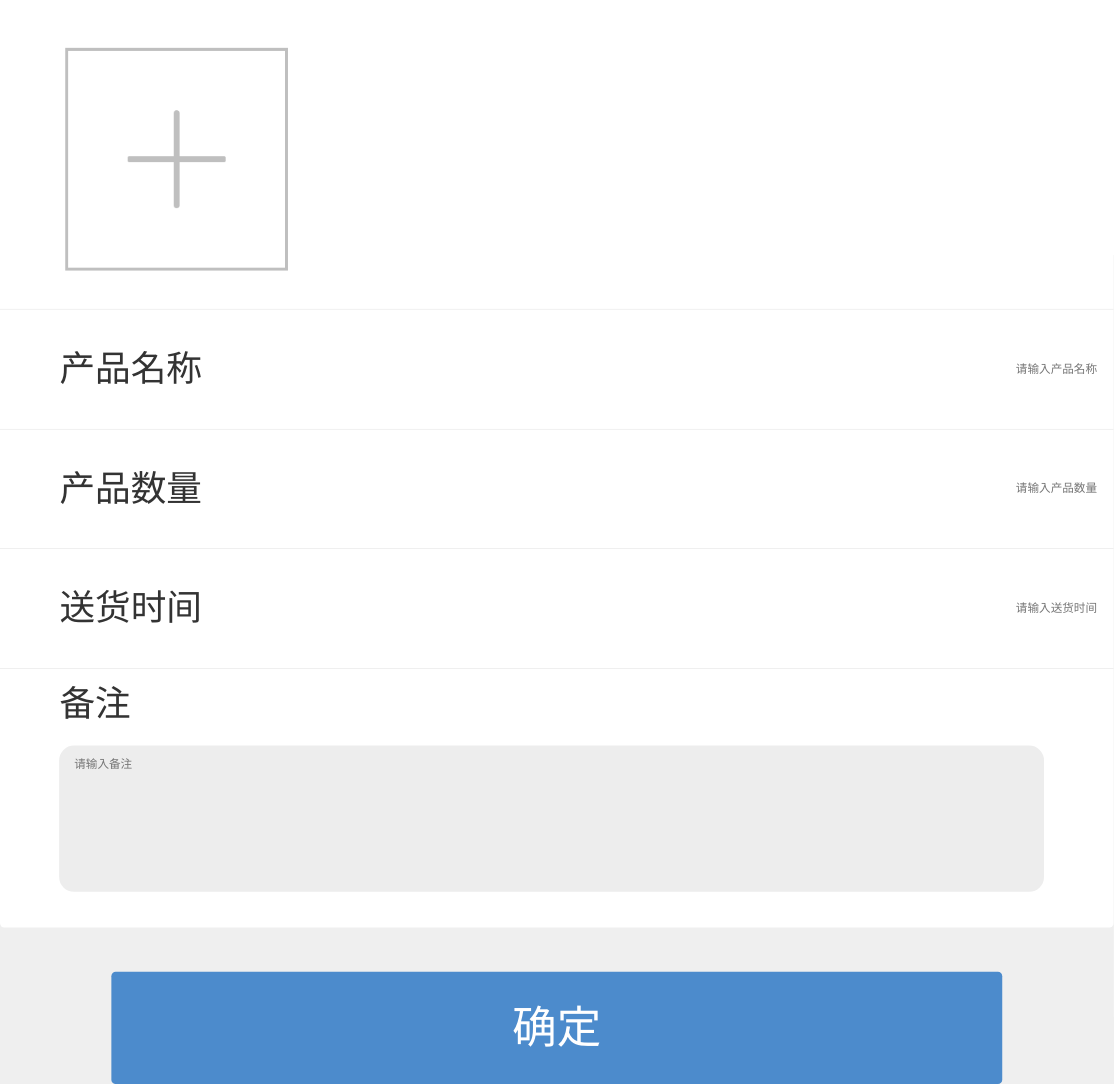
Repository: missing-star/produce
Page: Cbuyer.html
These files come from the project's save history. The page is drawn as it stood at one moment and after the next save; the edit follows.
The browser window is 1280 px wide. The pictures show the whole page, at 87% of full size.

Above is the page before, as saved 2019-05-20 15:18:28.

After the next save:
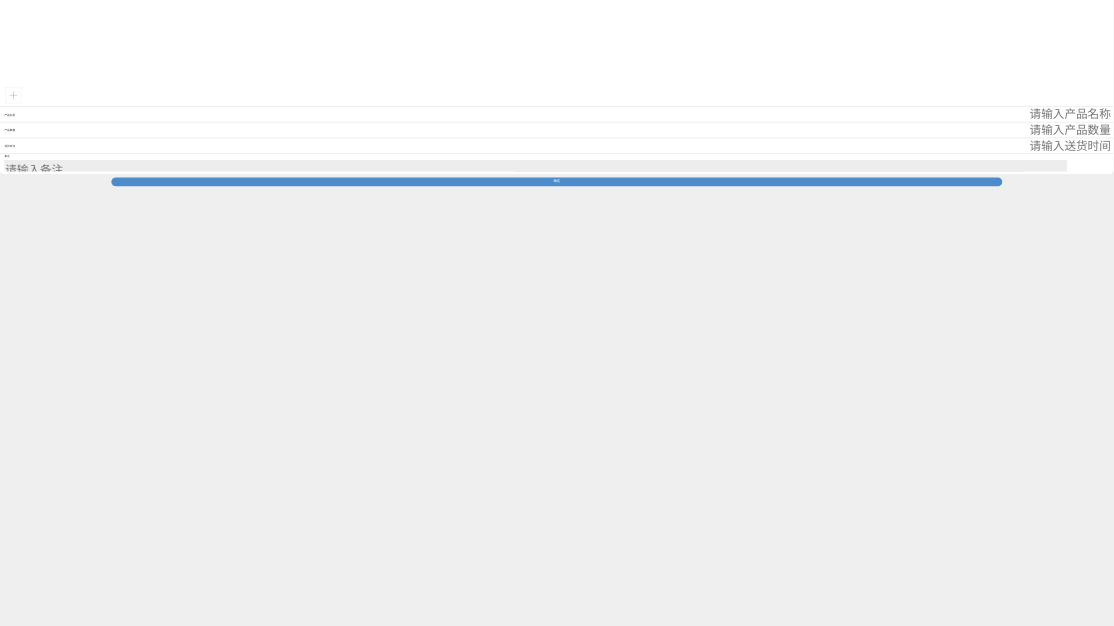
Saved 20 s later.
--- a/Cbuyer.html
+++ b/Cbuyer.html
@@ -6,6 +6,7 @@
     <meta content="width=device-width, initial-scale=1.0, maximum-scale=1.0, user-scalable=0;" name="viewport" />
     <meta http-equiv="X-UA-Compatible" content="ie=edge">
     <title>采购订单</title>
+    <link rel="stylesheet" href="css/weui.min.css">
     <link rel="stylesheet" href="css/Cbuyer.css">
     <link rel="stylesheet" href="css/base.css">
 </head>
@@ -64,6 +65,7 @@
 </html>
 <script src="js/jquery.min.js"></script>
 <script src="js/vue.js"></script>
+<script src="js/weui.min.js"></script>
 <script src="js/api.js"></script>
 <script src="js/jquery.combo.select.js"></script>
 <script src="js/Cbuyer.js"></script>
